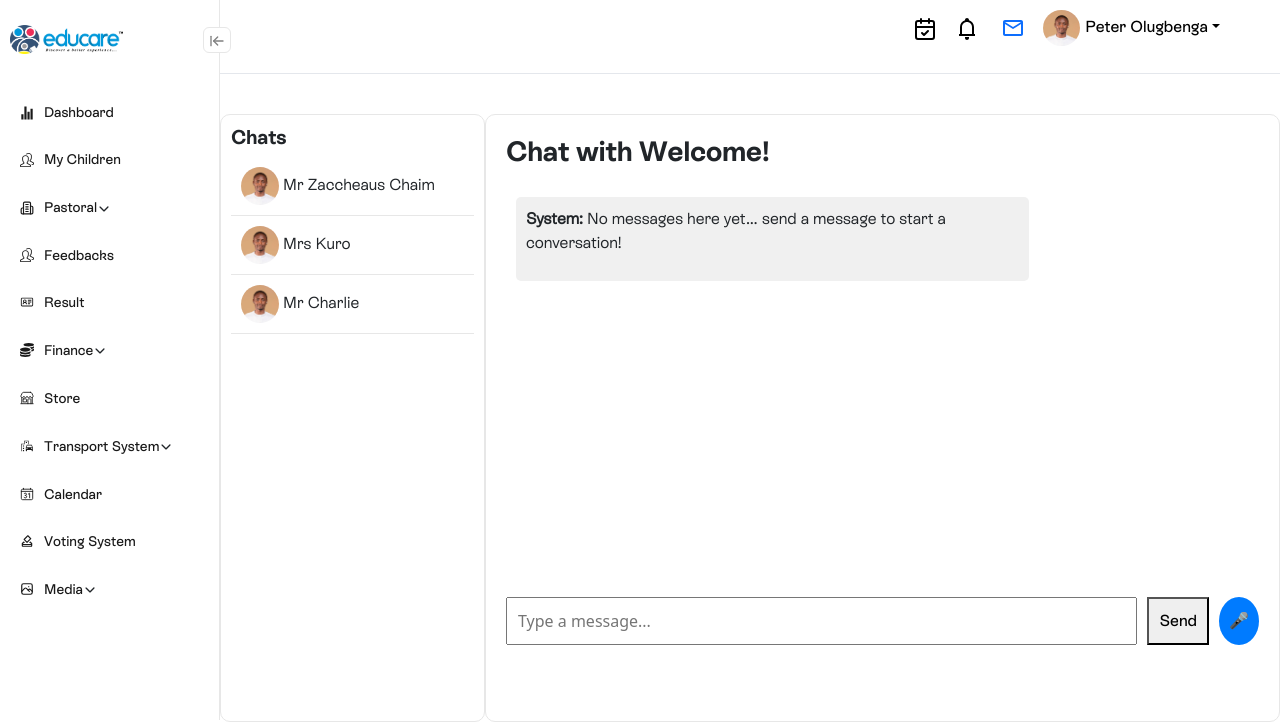
Repository: sarahnnanyelugo/educare-dashboards
Page: /chat-interface
An editor plug-in stored every save of this project. The page is shown before and after the next save, followed by the edit.
The browser window is 1280 px wide. The pictures show the whole page.
The project was rebuilt for these pictures with package versions that can differ from the ones it lists, and the page was loaded fresh each time. Also part of the build but not shown: src/Dashboards/Parents/Feedbacks/feedbacks.scss, src/components/AppTable/table.scss, src/components/AppTable/AppTable.js, src/Utils/DataUtils.js, src/components/Select/select.scss, src/components/Select/Select.js, src/components/Search/search.scss, src/components/Search/Search.js and 50 more.

Above is the page before, as saved 2024-11-27 12:23:02.

After the next save:
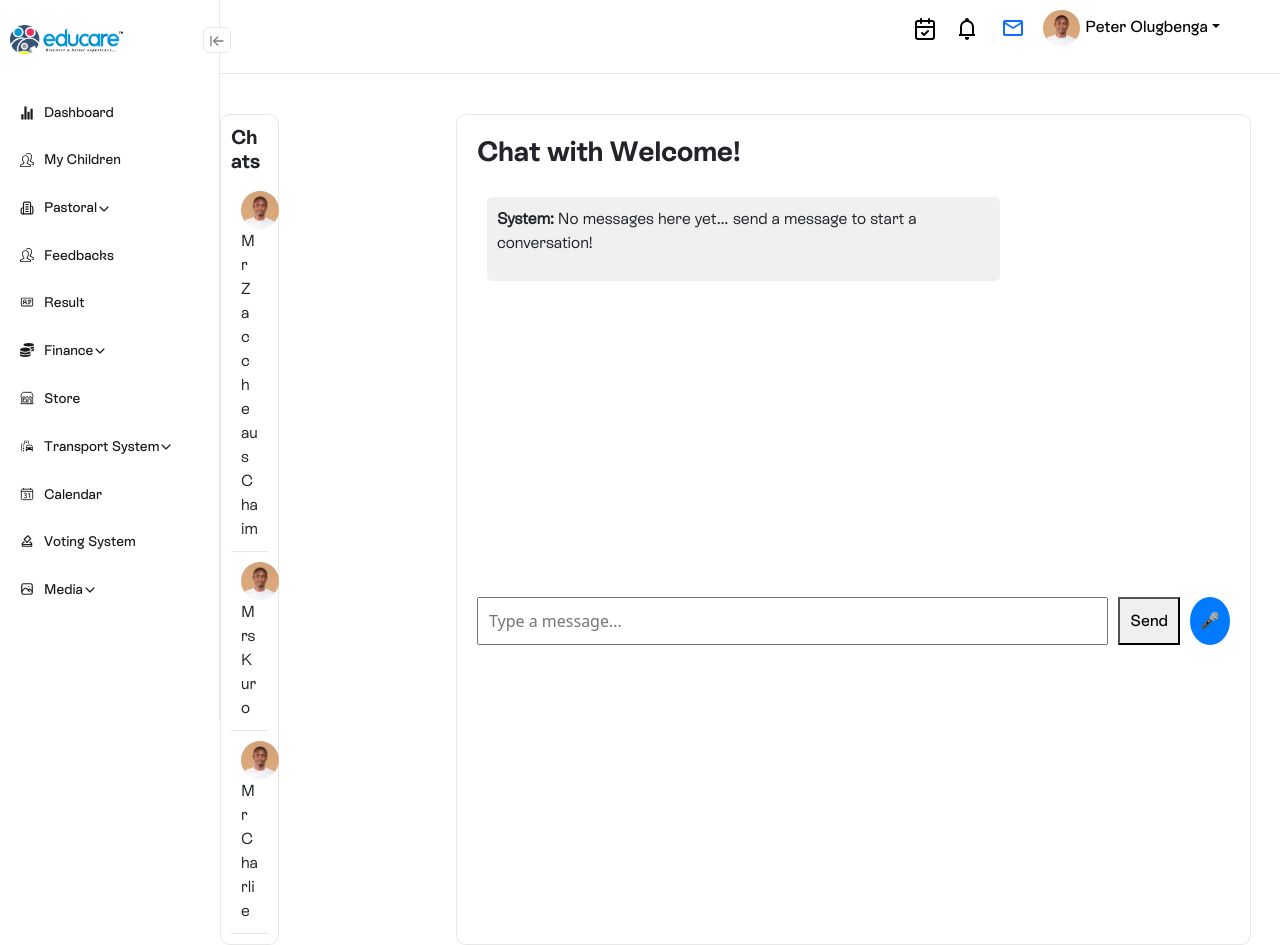
Saved 36 s later.
--- a/src/components/TopNav/ChatInterface/Contacts.js
+++ b/src/components/TopNav/ChatInterface/Contacts.js
@@ -1,20 +1,23 @@
 import React from "react";
 const Contacts = ({ contacts, onSelectContact, activeContactId }) => {
   return (
-    <div className="chat-contacts card">
-      <h5>Chats</h5>
-      <ul>
-        {contacts.map((contact) => (
-          <li
-            key={contact.id}
-            className={contact.id === activeContactId ? "active" : ""}
-            onClick={() => onSelectContact(contact.id)}
-          >
-            <img src={contact.profilePicture} width="38px" height="38px" />{" "}
-            {contact.name}
-          </li>
-        ))}
-      </ul>
+    <div className="cover">
+      {" "}
+      <div className="chat-contacts card">
+        <h5>Chats</h5>
+        <ul>
+          {contacts.map((contact) => (
+            <li
+              key={contact.id}
+              className={contact.id === activeContactId ? "active" : ""}
+              onClick={() => onSelectContact(contact.id)}
+            >
+              <img src={contact.profilePicture} width="38px" height="38px" />{" "}
+              {contact.name}
+            </li>
+          ))}
+        </ul>
+      </div>
     </div>
   );
 };

After the 2 saves that followed:
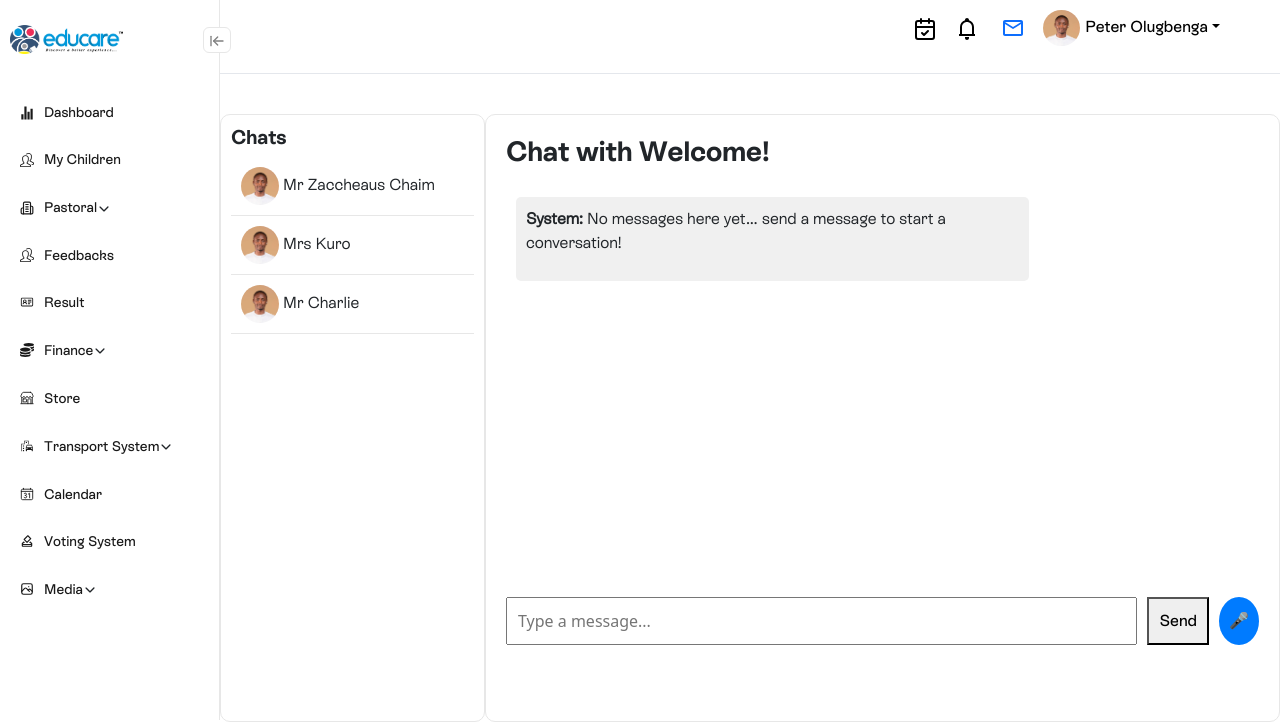
The 2 saves are shown as one change because they came seconds apart.
The last was saved 18 s later.
--- a/src/components/TopNav/ChatInterface/Contacts.js
+++ b/src/components/TopNav/ChatInterface/Contacts.js
@@ -1,23 +1,20 @@
 import React from "react";
 const Contacts = ({ contacts, onSelectContact, activeContactId }) => {
   return (
-    <div className="cover">
-      {" "}
-      <div className="chat-contacts card">
-        <h5>Chats</h5>
-        <ul>
-          {contacts.map((contact) => (
-            <li
-              key={contact.id}
-              className={contact.id === activeContactId ? "active" : ""}
-              onClick={() => onSelectContact(contact.id)}
-            >
-              <img src={contact.profilePicture} width="38px" height="38px" />{" "}
-              {contact.name}
-            </li>
-          ))}
-        </ul>
-      </div>
+    <div className="chat-contacts card">
+      <h5>Chats</h5>
+      <ul>
+        {contacts.map((contact) => (
+          <li
+            key={contact.id}
+            className={contact.id === activeContactId ? "active" : ""}
+            onClick={() => onSelectContact(contact.id)}
+          >
+            <img src={contact.profilePicture} width="38px" height="38px" />{" "}
+            {contact.name}
+          </li>
+        ))}
+      </ul>
     </div>
   );
 };
